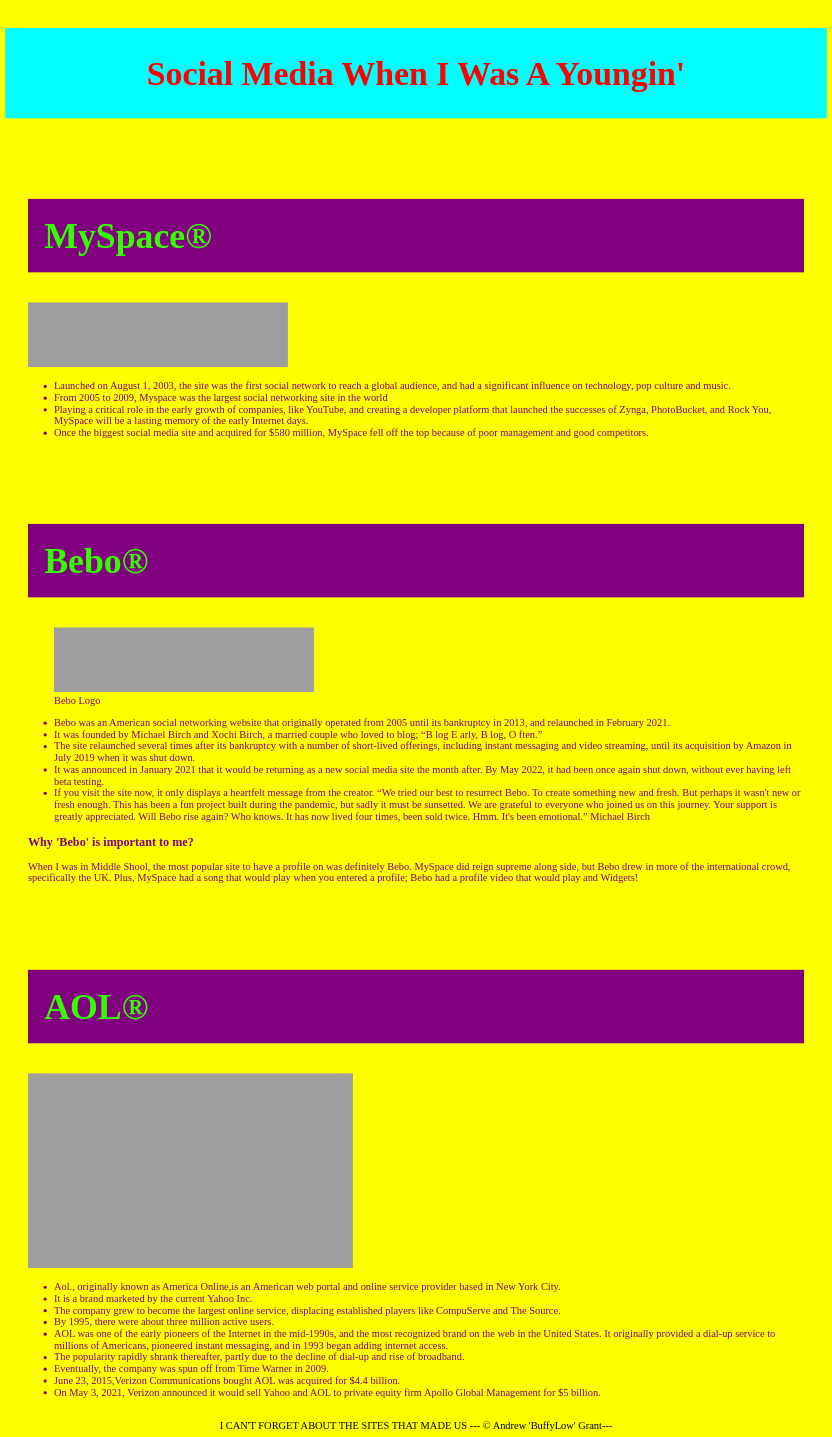
Repository: AndrewGrantt/LC101
Page: LC101/js-assignment-4-html-me-something-buffylow/index.html
The author's editor kept a copy of each file at every save. The page is drawn from the files as they stood at one save, then again after the next save.
The browser window is 1280 px wide. The pictures show the whole page, at 65% of full size.
Pictures or frames that could not be fetched are drawn as grey boxes.

Above is the page before, as saved 2022-07-18 23:37:07.

After the next save:
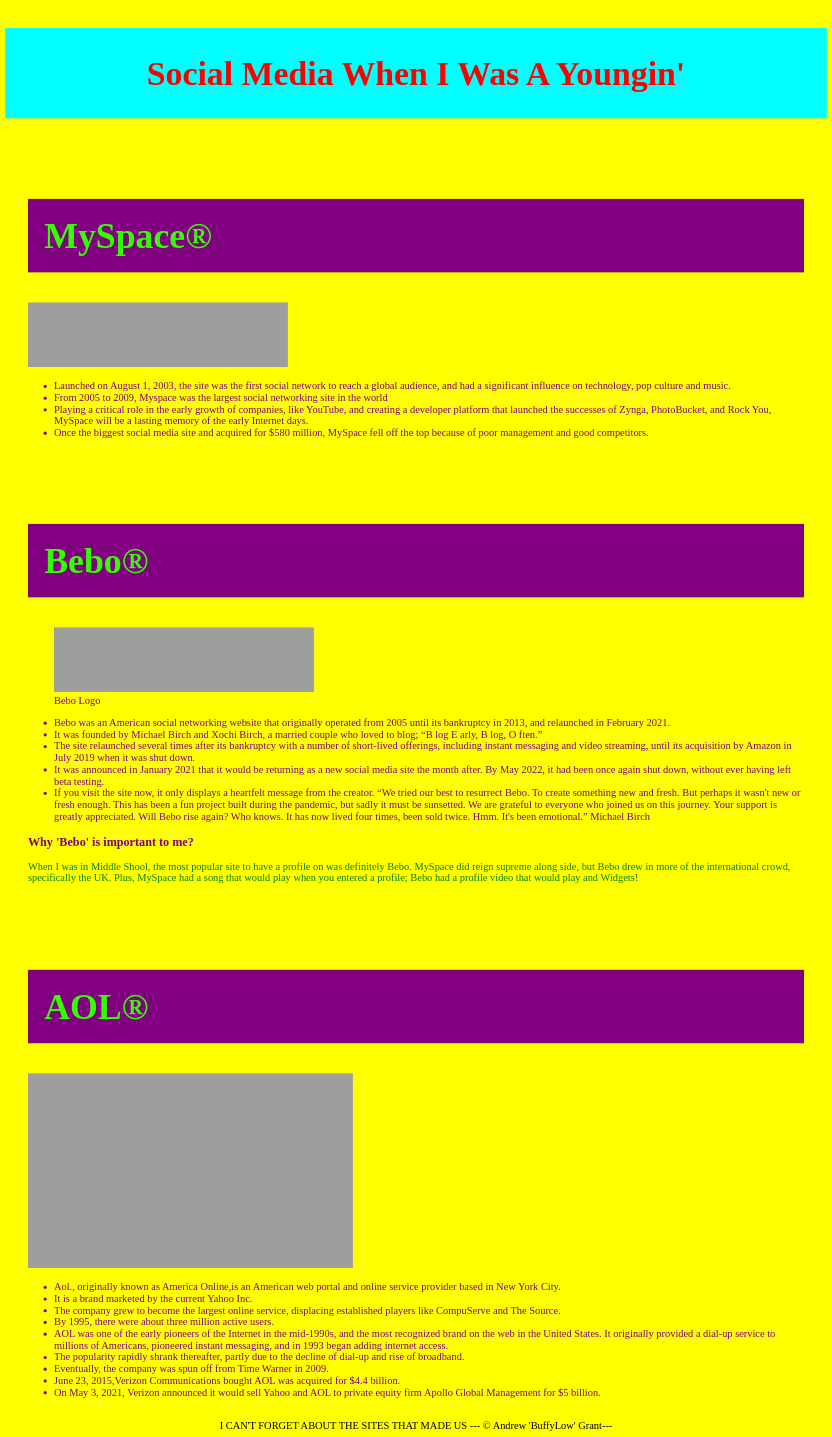
Saved 7 min 30 s later.
--- a/LC101/js-assignment-4-html-me-something-buffylow/index.html
+++ b/LC101/js-assignment-4-html-me-something-buffylow/index.html
@@ -59,7 +59,7 @@
     </section>
     <section>
       <h3 > Why 'Bebo' is important to me?</h3>
-      <p element class="funParagraph" id="testP">
+      <p id="testP" element class="funParagraph">
          When I was in Middle Shool, the most popular site to have a profile on was definitely Bebo. MySpace did reign supreme along side, but Bebo drew in more of the international crowd, specifically the UK.  Plus, MySpace had a song that would play when you entered a profile; Bebo had a profile video that would play and Widgets!
       </p>
     </section>
--- a/LC101/js-assignment-4-html-me-something-buffylow/styles.css
+++ b/LC101/js-assignment-4-html-me-something-buffylow/styles.css
@@ -23,7 +23,6 @@
 
     .funParagraph{
         color:green
-        font-size: 40 px;
     }
     #headcolor{
         color:rgb(51, 255, 0);
